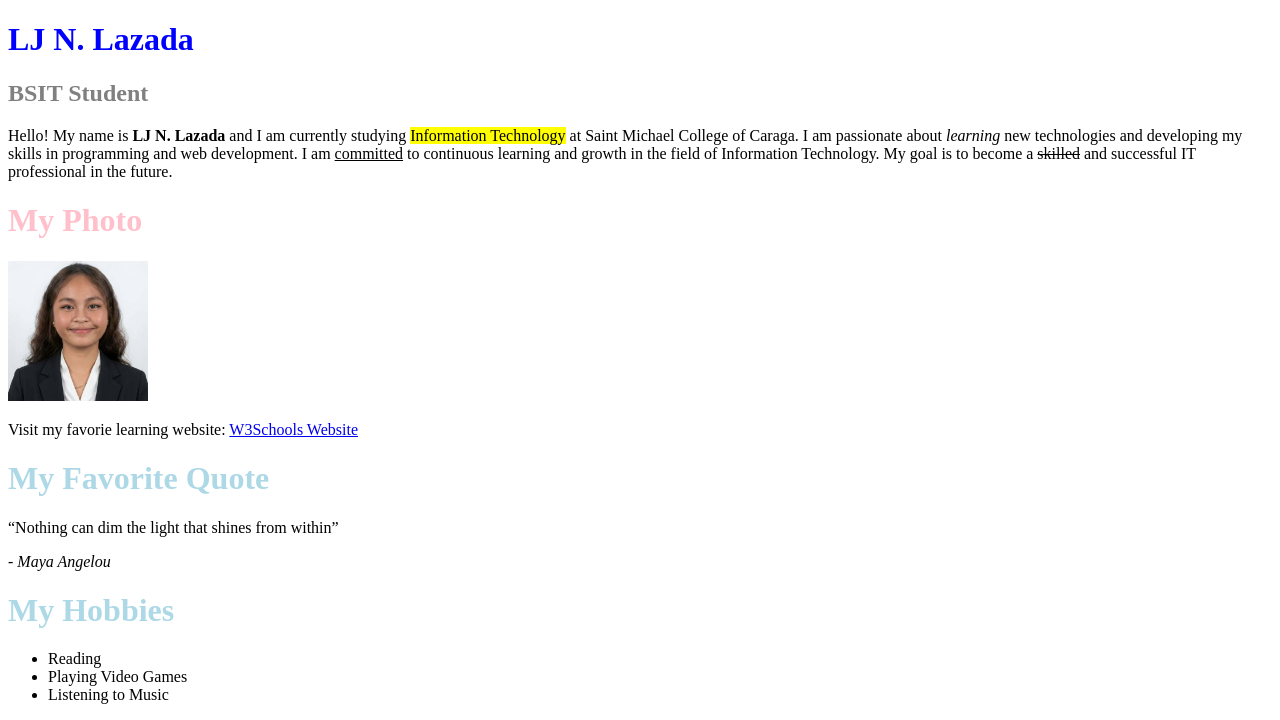
Repository: ljlazada11/myfirsthtml
Page: index.html
These files come from the project's save history. The page is drawn as it stood at one moment and after the next save; the edit follows.
The browser window is 1280 px wide. The pictures show the whole page.

Above is the page before, as saved 2026-06-24 19:56:13.

After the next save:
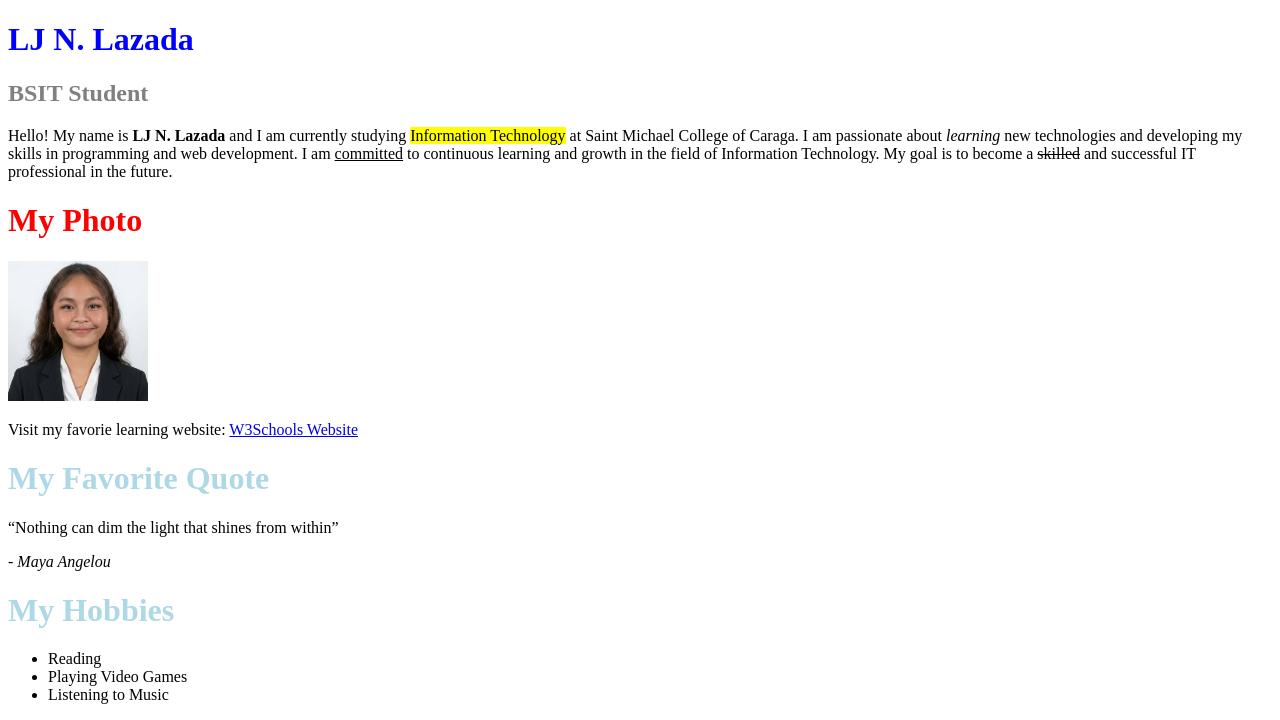
Saved 46 s later.
--- a/index.html
+++ b/index.html
@@ -12,7 +12,7 @@
     <h2 style="color:gray;">BSIT Student</h2>
     <p>Hello! My name is <strong>LJ N. Lazada</strong> and I am currently studying <mark>Information Technology</mark> at Saint Michael College of Caraga. I am passionate about <i>learning</i> new technologies and developing my skills in programming and web development. I am <ins>committed</ins> to continuous learning and growth in the field of Information Technology. My goal is to become a <del>skilled</del> and successful IT professional in the future.</p>
 </body>
-    <h1 style="color:pink;">My Photo</h1>
+    <h1 style="color:red;">My Photo</h1>
     <img src="pic.jpg" alt="My	Profile	Picture" width="140" height="140">
     <p> Visit my favorie learning website: <a href="https://www.w3schools.com/html/default.asp" target="_blank">W3Schools	Website</a></p>
 
